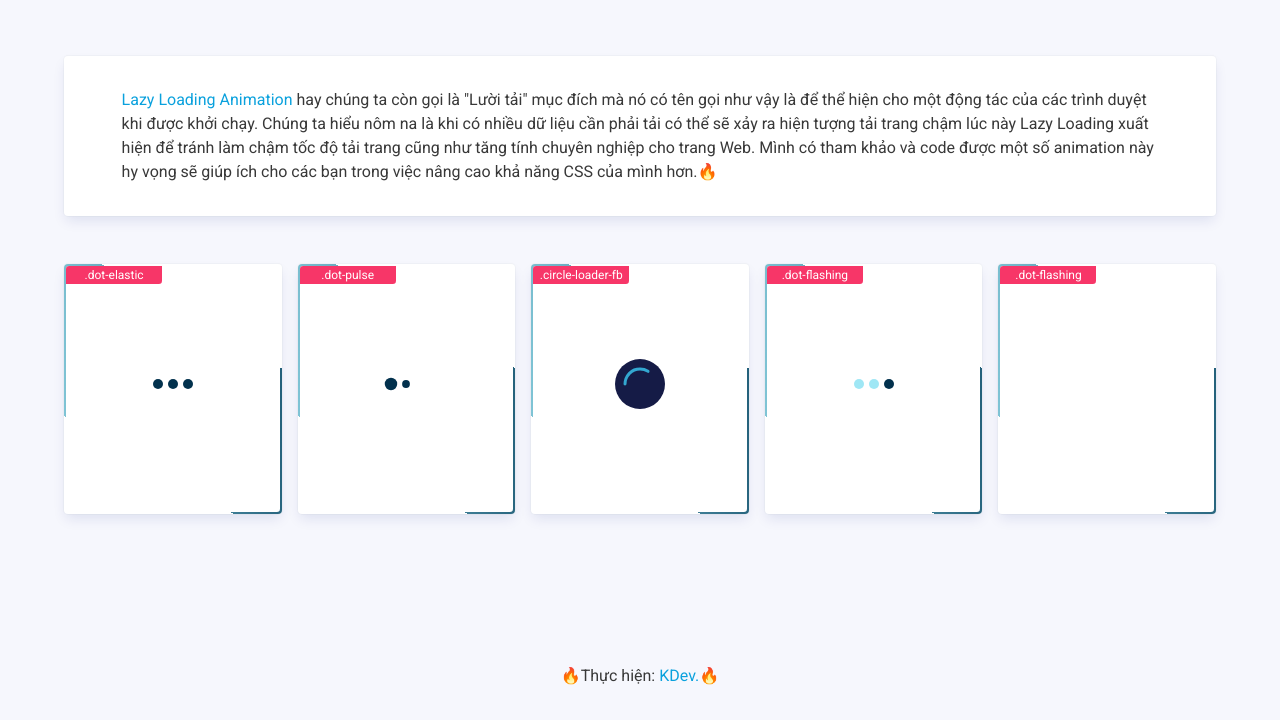
Repository: haokiet2501/lazy-loader-animation
Page: index.html
An editor plug-in stored every save of this project. The page is shown before and after a run of saves, followed by the edit.
The browser window is 1280 px wide. The pictures show the whole page.
The style sheet was rebuilt from its Sass, Less or Tailwind sources for each picture, by a compiler version that may differ from the author's.

Above is the page before, as saved 2022-05-07 15:39:53.

After the next 2 saves:
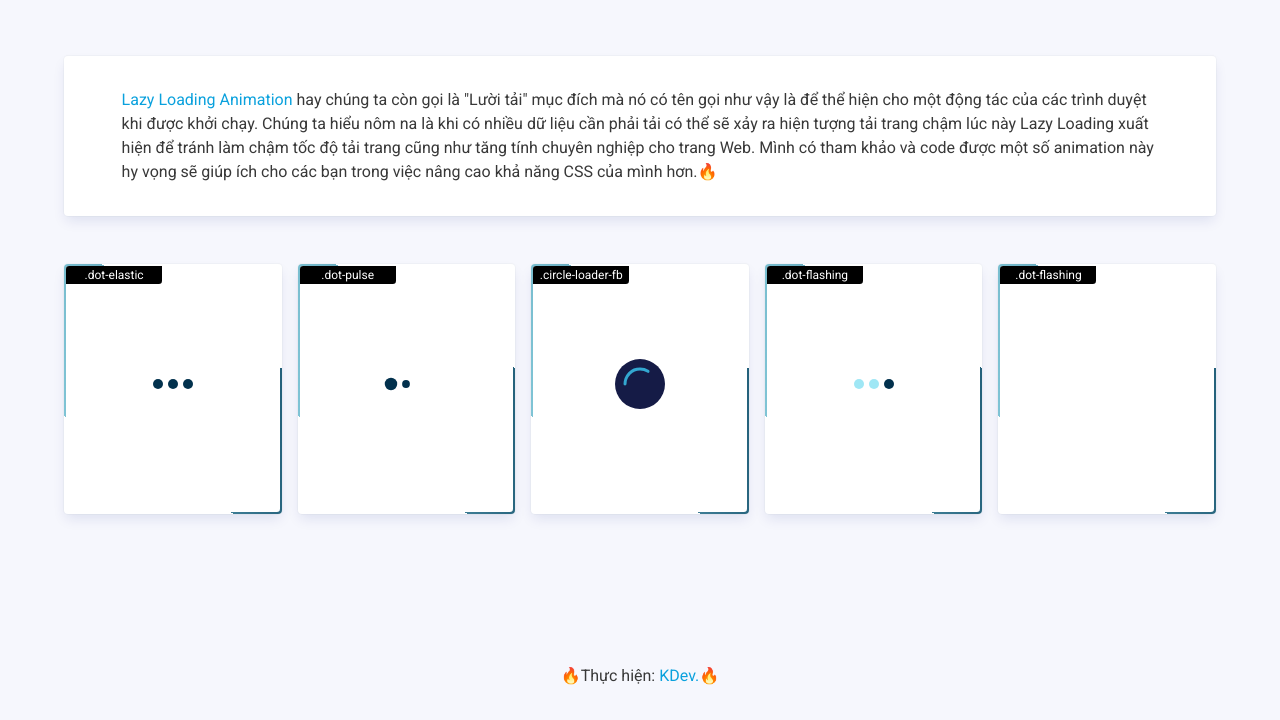
The 2 saves are shown as one change because they came seconds apart.
The last was saved 10 s later.
--- a/sass/styles.scss
+++ b/sass/styles.scss
@@ -69,7 +69,7 @@ $color-text: #383838;
     left: -.55rem;
     padding: 2px 5px;
     text-align: center;
-    background-color: #F73668;
+    background-color: rgba($color: #000000, $alpha: 1.0);
     width: 6rem;
     font-size: .75rem;
     color: #fff;
